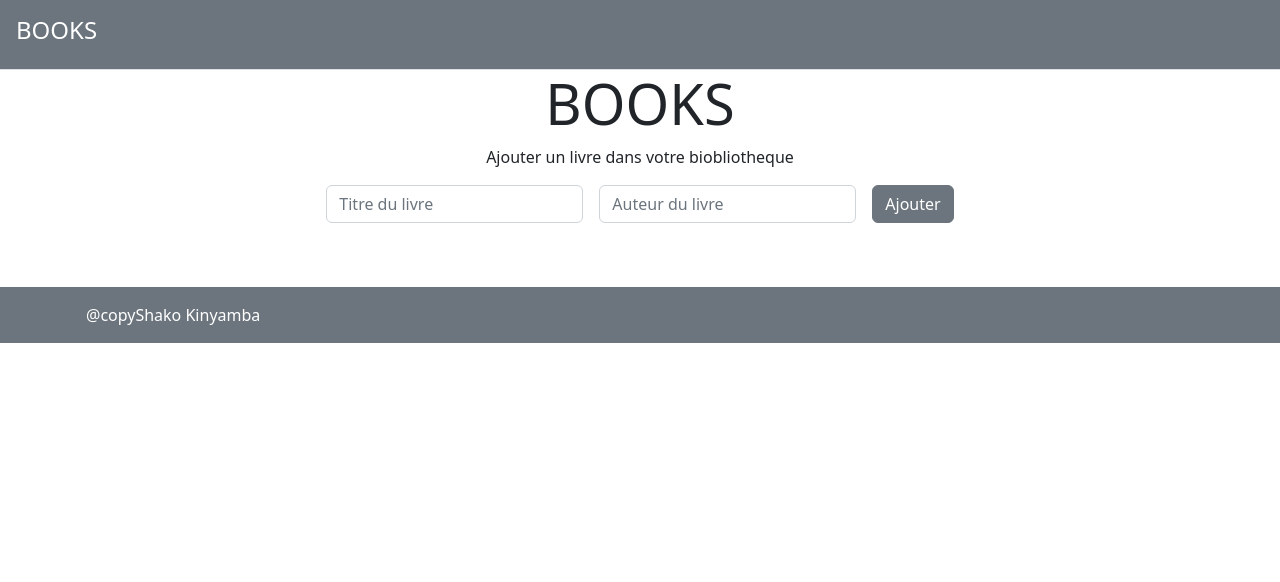
Repository: SKB-TECH/Books
Page: /
The author's editor kept a copy of each file at every save. The page is drawn from the files as they stood at one save, then again after the next save.
The browser window is 1280 px wide. The pictures show the whole page.
The project was rebuilt for these pictures with package versions that can differ from the ones it lists, and the page was loaded fresh each time. Also part of the build but not shown: vite.config.js.

Above is the page before, as saved 2022-11-09 16:09:26.

### src/main.jsx
import React from 'react'
import ReactDOM from 'react-dom/client'
import App from './App'
import 'bootstrap/dist/css/bootstrap.min.css'

ReactDOM.createRoot(document.getElementById('root')).render(
  <React.StrictMode>
    <App />
  </React.StrictMode>
)

### src/App.jsx
import React from 'react';
import Footer from './components/Footer';
import Navbar from './components/Navbar';
import AddBooks from './Containers/AddBooks'
const App = () => {
  return (
    <div className='App'>
      <Navbar />
      <AddBooks />
      <Footer />
    </div>
  );
};

export default App;

### src/components/Footer.jsx
import React from 'react';

const Footer = () => {
    return (
        <footer className='footer text-white bg-secondary mt-5'>
            <div className='container p-3'>
                <span>
                    @copyShako Kinyamba
                </span>
            </div>
        </footer>
    );
};

export default Footer;

### src/components/Navbar.jsx
import React from 'react';

const Navbar = () => {
    return (
        <header>
            <div className='d-flex flex-column flex-md-row p-3 border-bottom bg-secondary text-white'>
                <h4 className='mr-md-auto'>
                    <a href="/" className='text-decoration-none text-white'>BOOKS</a>
                </h4>
            </div>
            {/* Menu principl */}
        </header>
    );
};

export default Navbar;

### src/Containers/AddBooks.jsx
import React from 'react';

const AddBooks = () => {
    return (
        <main role="main">
            <div className='jumbotron jumbotron-fluid'>
                <div className='container text-center'>
                    <h1 className='display-4'>
                        BOOKS
                    </h1>
                    <p>
                        Ajouter un livre dans votre biobliotheque
                    </p>

                    <form className="form-inline justify-content-center row g-3">
                        <div className="col-auto">
                            <input type="password" className="form-control ml-3" id="inputPassword2" placeholder="Titre du livre" />
                        </div>
                        <div className="col-auto">
                            <input type="password" className="form-control ml-3" id="inputPassword2" placeholder="Auteur du livre" />
                        </div>
                        <div class="col-auto">
                            <button type="submit" className="btn btn-secondary mb-3">Ajouter</button>
                        </div>
                    </form>
                </div>
            </div>

            <div className='container' style={{ Min: '200px' }}>

            </div>
        </main>
    );
};

export default AddBooks;

Loaded but not shown: index.html (common file)

After the next save:
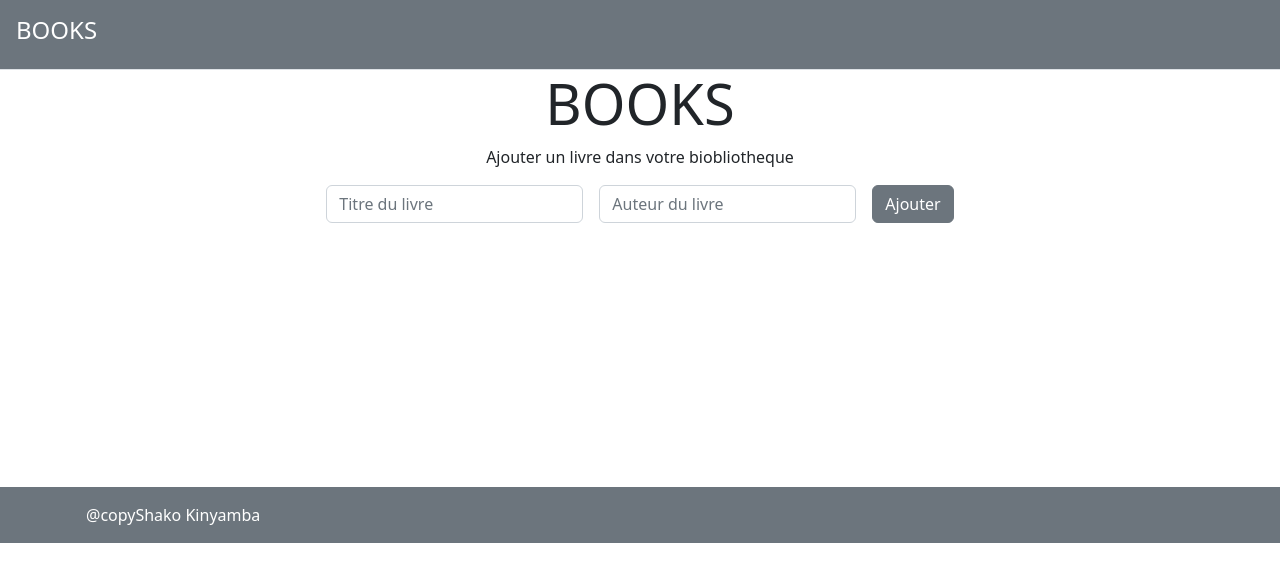
Saved 5 s later.
--- a/src/Containers/AddBooks.jsx
+++ b/src/Containers/AddBooks.jsx
@@ -26,7 +26,7 @@ const AddBooks = () => {
                 </div>
             </div>
 
-            <div className='container' style={{ Min: '200px' }}>
+            <div className='container' style={{ minHeight: '200px' }}>
 
             </div>
         </main>
